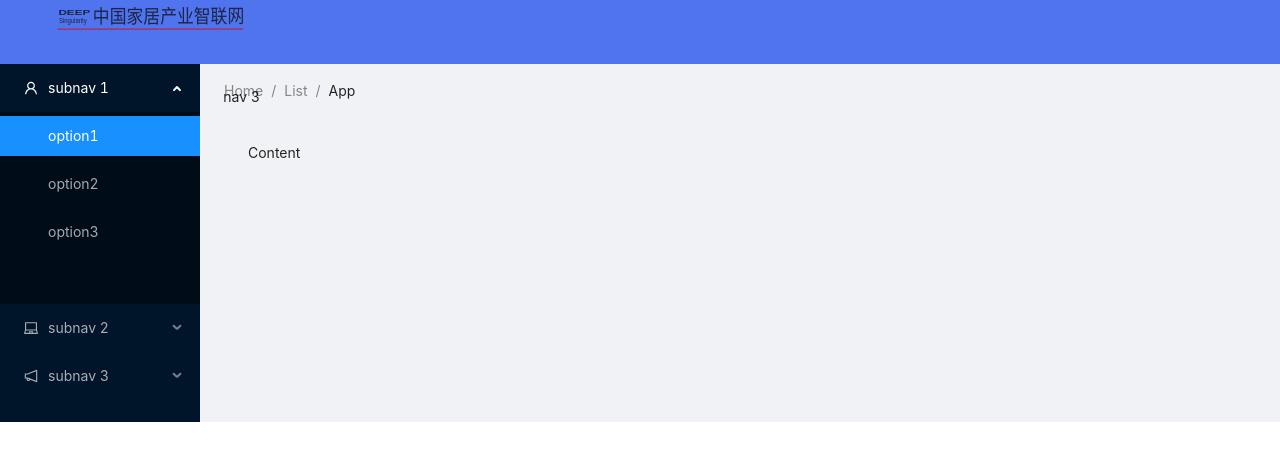
Repository: Vsran/management
Page: /main
The author's editor kept a copy of each file at every save. The page is drawn from the files as they stood at one save, then again after the next save.
The browser window is 1280 px wide. The pictures show the whole page.
The project was rebuilt for these pictures with package versions that can differ from the ones it lists, and the page was loaded fresh each time. Also part of the build but not shown: src/pages/login.js, src/pages/register/index.js.

Above is the page before, as saved 2021-02-19 14:27:43.

### public/index.html
<!DOCTYPE html>
<html lang="en">
  <head>
    <meta charset="utf-8" />
    <link rel="icon" href="%PUBLIC_URL%/favicon.ico" />
    <meta name="viewport" content="width=device-width, initial-scale=1" />
    <meta name="theme-color" content="#000000" />
    <meta
      name="description"
      content="Web site created using create-react-app"
    />
    <link rel="apple-touch-icon" href="%PUBLIC_URL%/logo192.png" />
    <!--
      manifest.json provides metadata used when your web app is installed on a
      user's mobile device or desktop. See https://developers.google.com/web/fundamentals/web-app-manifest/
    -->
    <link rel="manifest" href="%PUBLIC_URL%/manifest.json" />
    <!--
      Notice the use of %PUBLIC_URL% in the tags above.
      It will be replaced with the URL of the `public` folder during the build.
      Only files inside the `public` folder can be referenced from the HTML.

      Unlike "/favicon.ico" or "favicon.ico", "%PUBLIC_URL%/favicon.ico" will
      work correctly both with client-side routing and a non-root public URL.
      Learn how to configure a non-root public URL by running `npm run build`.
    -->
    <title>management</title>
  </head>
  <body>
    <noscript>You need to enable JavaScript to run this app.</noscript>
    <div id="root"></div>
    <!--
      This HTML file is a template.
      If you open it directly in the browser, you will see an empty page.

      You can add webfonts, meta tags, or analytics to this file.
      The build step will place the bundled scripts into the <body> tag.

      To begin the development, run `npm start` or `yarn start`.
      To create a production bundle, use `npm run build` or `yarn build`.
    -->
  </body>
</html>

### src/index.js
import React from "react";
import ReactDOM from "react-dom";
import reportWebVitals from "./reportWebVitals";
import App from "./App";
import { Provider } from "react-redux";
import { store } from './redux/store';

ReactDOM.render(
  <React.StrictMode>
    <Provider store={store}>
      <App />
    </Provider>
  </React.StrictMode>,
  document.getElementById("root")
);

// If you want to start measuring performance in your app, pass a function
// to log results (for example: reportWebVitals(console.log))
// or send to an analytics endpoint. Learn more: https://bit.ly/CRA-vitals
reportWebVitals();

### src/App.js
import {
  BrowserRouter as Router,
  Switch,
  Route,
} from 'react-router-dom';
import LogIn from "./pages/login";
import Register from "./pages/register";

import "antd/dist/antd.css";
import { renderRoute } from 'react-router-config';
import UserLayOut from './components/layout/userLayout';

function Authorized() {

}
const routes = [
  {
    component: () => <div>Root</div>,
    routes: [
      {
        path: '/',
        label: '首页',
        exact: true,
        component: () => <div>home</div>
      },

    ]
  }
]

export default function App() {
  return (
    <Router>
      <Switch>
        <Route path='/register'>
          <Register/>
        </Route>
        <Route path='/login'>
          <LogIn />
        </Route>
        <Route path='/main'>
         <UserLayOut/>
        </Route>
      </Switch>
    </Router>
  );
}

### src/redux/store.js
import { createStore, applyMiddleware } from "redux";
import logger from "redux-logger";
import { logReducer } from "./reducer";

export let store = createStore(logReducer, applyMiddleware(logger));

### src/components/layout/userLayout.js
import { Layout, Menu, Breadcrumb } from 'antd';
import { UserOutlined, LaptopOutlined, NotificationOutlined } from '@ant-design/icons';
import { Link } from 'react-router-dom';
import icon from '../../imgs/icon.svg';
import './userLayout.scss';
const { SubMenu } = Menu;
const { Header, Content, Sider } = Layout;
export default () =>(
  <Layout>
    <Header className="header">
      <div className="logo" />
      <img src={icon}/>
      <Menu theme="light" mode="horizontal" defaultSelectedKeys={['2']}>
        <Menu.Item key="1">nav 1</Menu.Item>
        <Menu.Item key="2">nav 2</Menu.Item>
        <Menu.Item key="3">nav 3</Menu.Item>
      </Menu>
    </Header>
    <Layout>
      <Sider width={200} className="site-layout-background">
        <Menu
          mode="inline"
          defaultSelectedKeys={['1']}
          defaultOpenKeys={['sub1']}
          style={{ height: '100%', borderRight: 0 }}
          theme="dark"
        >
          <SubMenu key="sub1" icon={<UserOutlined />} title="subnav 1">
            <Menu.Item key="1"><Link to='/main/sub1/option1'>option1</Link></Menu.Item>
            <Menu.Item key="2"><Link to='/main/sub1/option2'>option2</Link></Menu.Item>
            <Menu.Item key="3"><Link to='/main/sub1/option3'>option3</Link></Menu.Item>
            <Menu.Item key="4"><Link to='/main/sub1/option4'></Link></Menu.Item>
          </SubMenu>
          <SubMenu key="sub2" icon={<LaptopOutlined />} title="subnav 2">
            <Menu.Item key="5"><Link to='/main/sub2/option5'>option5</Link></Menu.Item>
            <Menu.Item key="6">option6</Menu.Item>
            <Menu.Item key="7">option7</Menu.Item>
            <Menu.Item key="8">option8</Menu.Item>
          </SubMenu>
          <SubMenu key="sub3" icon={<NotificationOutlined />} title="subnav 3">
            <Menu.Item key="9">option9</Menu.Item>
            <Menu.Item key="10">option10</Menu.Item>
            <Menu.Item key="11">option11</Menu.Item>
            <Menu.Item key="12">option12</Menu.Item>
          </SubMenu>
        </Menu>
      </Sider>
      <Layout style={{ padding: '0 24px 24px' }}>
        <Breadcrumb style={{ margin: '16px 0' }}>
          <Breadcrumb.Item>Home</Breadcrumb.Item>
          <Breadcrumb.Item>List</Breadcrumb.Item>
          <Breadcrumb.Item>App</Breadcrumb.Item>
        </Breadcrumb>
        <Content
          className="site-layout-background"
          style={{
            padding: 24,
            margin: 0,
            minHeight: 280,
          }}
        >
          Content
        </Content>
      </Layout>
    </Layout>
  </Layout>
);

### src/redux/reducer.js
export function logReducer(state = { logged: false }, action) {
  switch (action.type) {
    case "logIn":
      return { logged: true };
    case "logOut":
      return { logged: false };
    default:
      return state;
  }
}

### src/components/layout/userLayout.scss
img{
    width: 200px;
    height: auto;
}
.ant-layout-header{
    background: rgb(80, 116, 238);
}

Loaded but not shown: src/reportWebVitals.js (common file); src/pages/register/index.scss (no stored copy; drawn as an empty file)

After the next save:
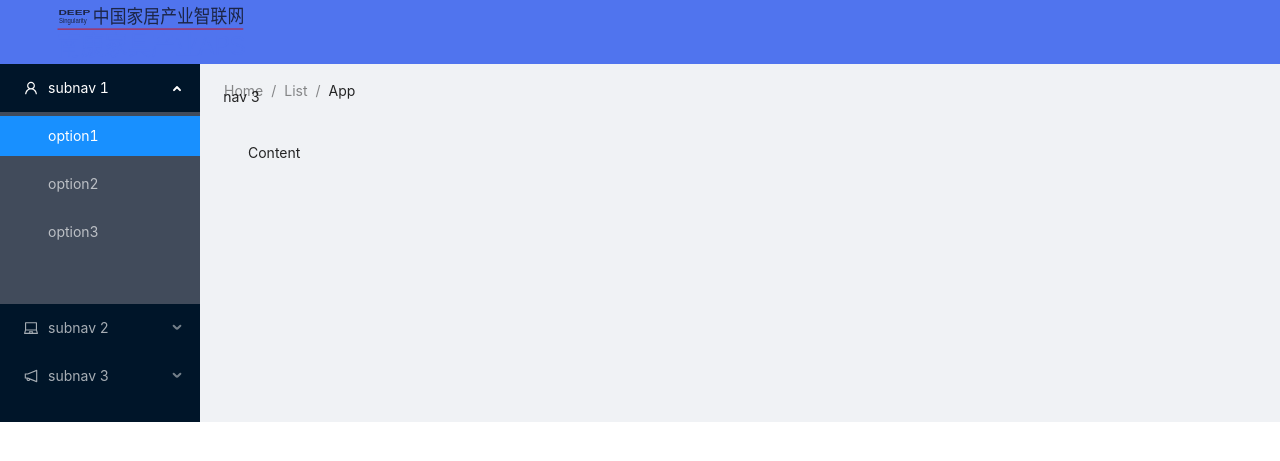
Saved 4 min 13 s later.
--- a/src/components/layout/userLayout.scss
+++ b/src/components/layout/userLayout.scss
@@ -5,3 +5,6 @@
 .ant-layout-header{
     background: rgb(80, 116, 238);
 }
+.ant-menu-dark .ant-menu-inline.ant-menu-sub {
+    background: #414b5b;
+}
